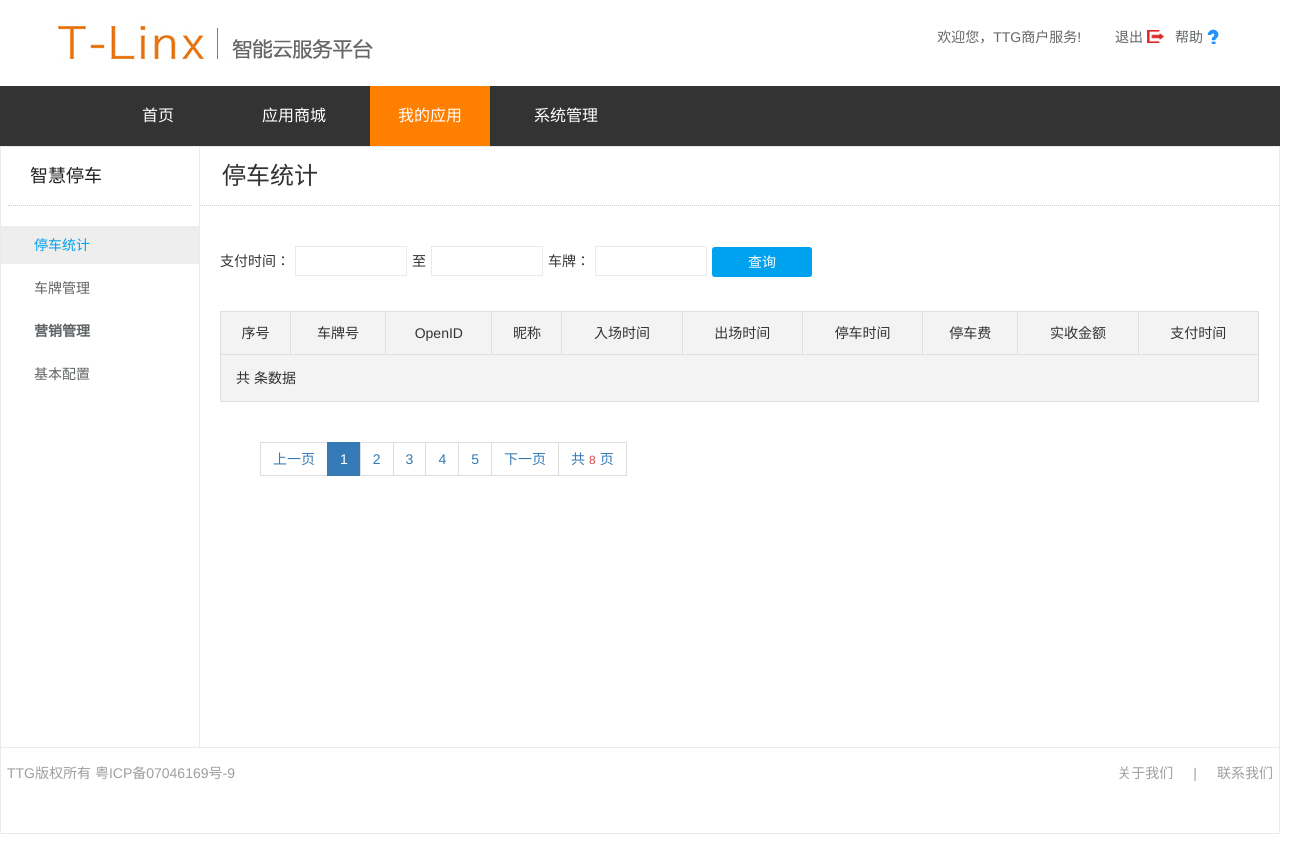
Repository: Keori/ParkCar
Page: admin/商户云/智慧停车/ParkComputed.html
These files come from the project's save history. The page is drawn as it stood at one moment and after the next save; the edit follows.
The browser window is 1280 px wide. The page is 1293 px wide, so the pictures cover 1293 px, including what lies to the right of the window. The pictures show the whole page.
The page's requests for data from a server got no answer.

Above is the page before, as saved 2018-12-24 11:58:45.

After the next save:
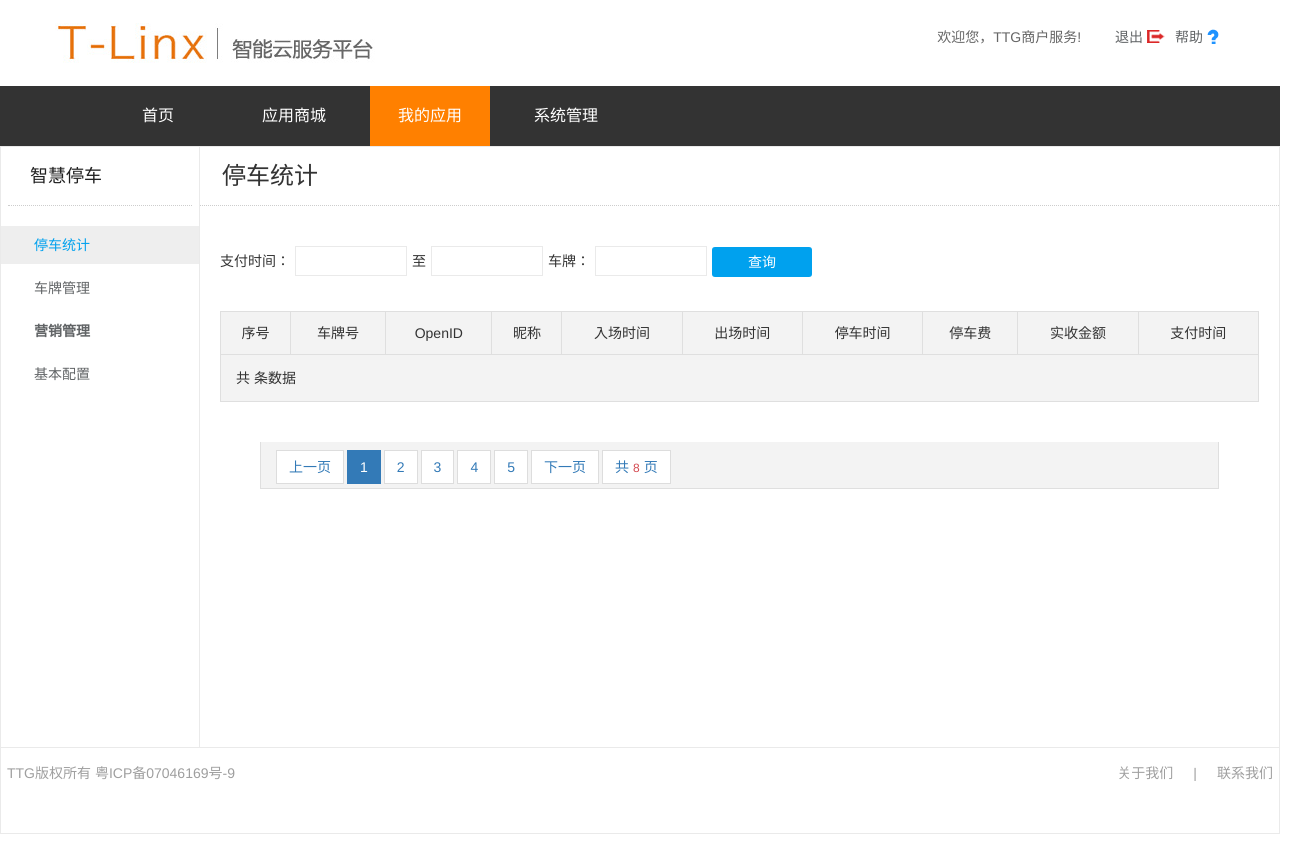
Saved 26 s later.
--- a/admin/商户云/智慧停车/ParkComputed.html
+++ b/admin/商户云/智慧停车/ParkComputed.html
@@ -102,18 +102,18 @@
             </table>
             <div class="bg_f3 page">共 {{pages.pageSize}} 条数据
             </div>
-            <div class="page-bar">
-                    <ul>
-                      <li v-if="cur>1"><a v-on:click="cur--,pageClick()">上一页</a></li>
-                      <li v-if="cur==1"><a class="banclick">上一页</a></li>
-                      <li v-for="index in indexs" v-bind:class="{ 'active': cur == index}">
-                        <a v-on:click="btnClick(index)">{{ index }}</a>
-                      </li>
-                      <li v-if="cur!=all"><a v-on:click="cur++,pageClick()">下一页</a></li>
-                      <li v-if="cur == all"><a class="banclick">下一页</a></li>
-                      <li><a>共<i>{{all}}</i>页</a></li>
-                    </ul>
-                  </div>
+            <div class="bg_f3 page page-bar">
+                <ul>
+                    <li v-if="cur>1"><a v-on:click="cur--,pageClick()">上一页</a></li>
+                    <li v-if="cur==1"><a class="banclick">上一页</a></li>
+                    <li v-for="index in indexs" v-bind:class="{ 'active': cur == index}">
+                    <a v-on:click="btnClick(index)">{{ index }}</a>
+                    </li>
+                    <li v-if="cur!=all"><a v-on:click="cur++,pageClick()">下一页</a></li>
+                    <li v-if="cur == all"><a class="banclick">下一页</a></li>
+                    <li><a>共<i>{{all}}</i>页</a></li>
+                </ul>
+            </div>
         </article>
     </section>
     <footer class="footer">
